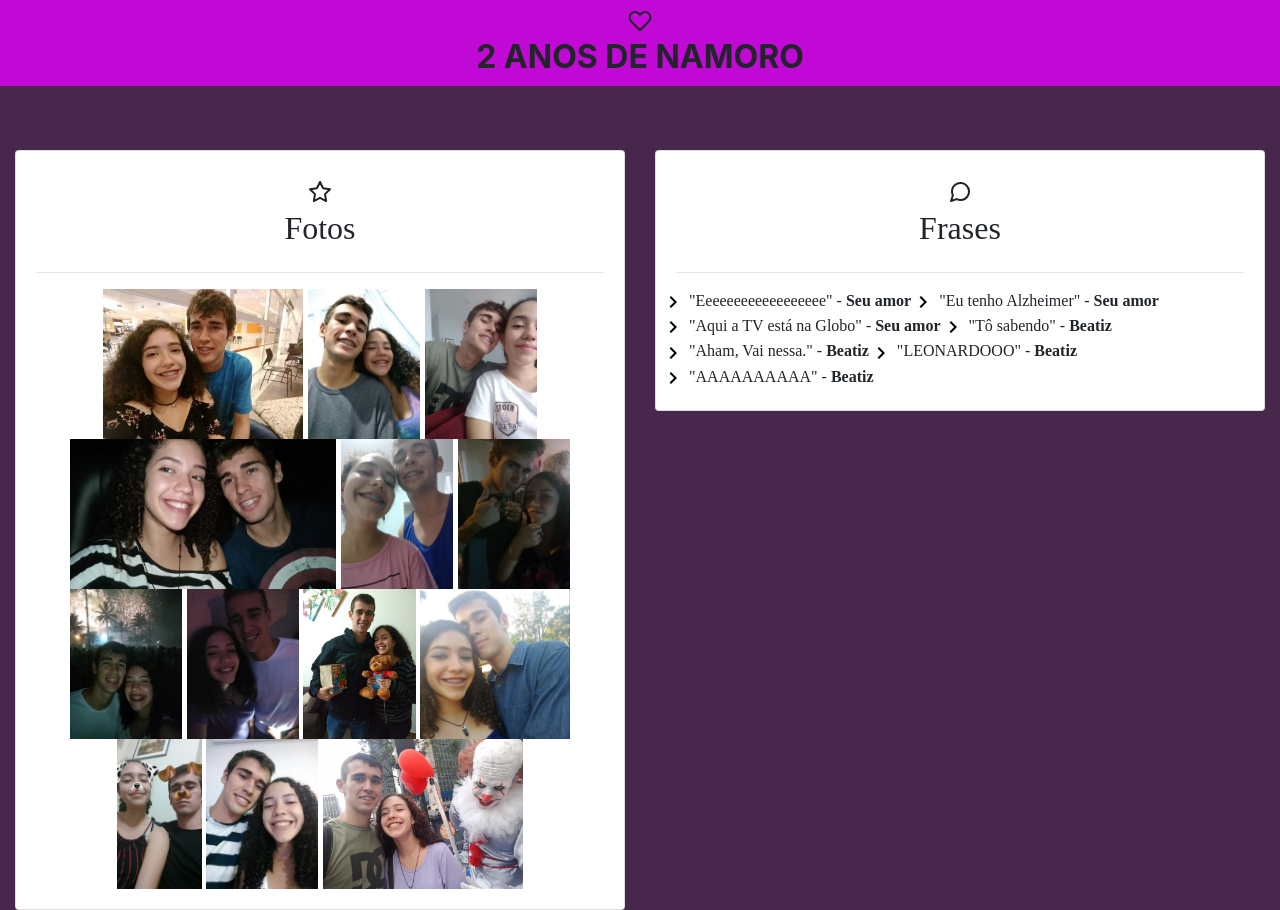
Repository: MeuAmor/meuamor.github.io
Page: index.html
The author's editor kept a copy of each file at every save. The page is drawn from the files as they stood at one save, then again after the next save.
The browser window is 1280 px wide. The pictures show the whole page.

Above is the page before, as saved 2019-08-20 23:28:47.

After the next save:
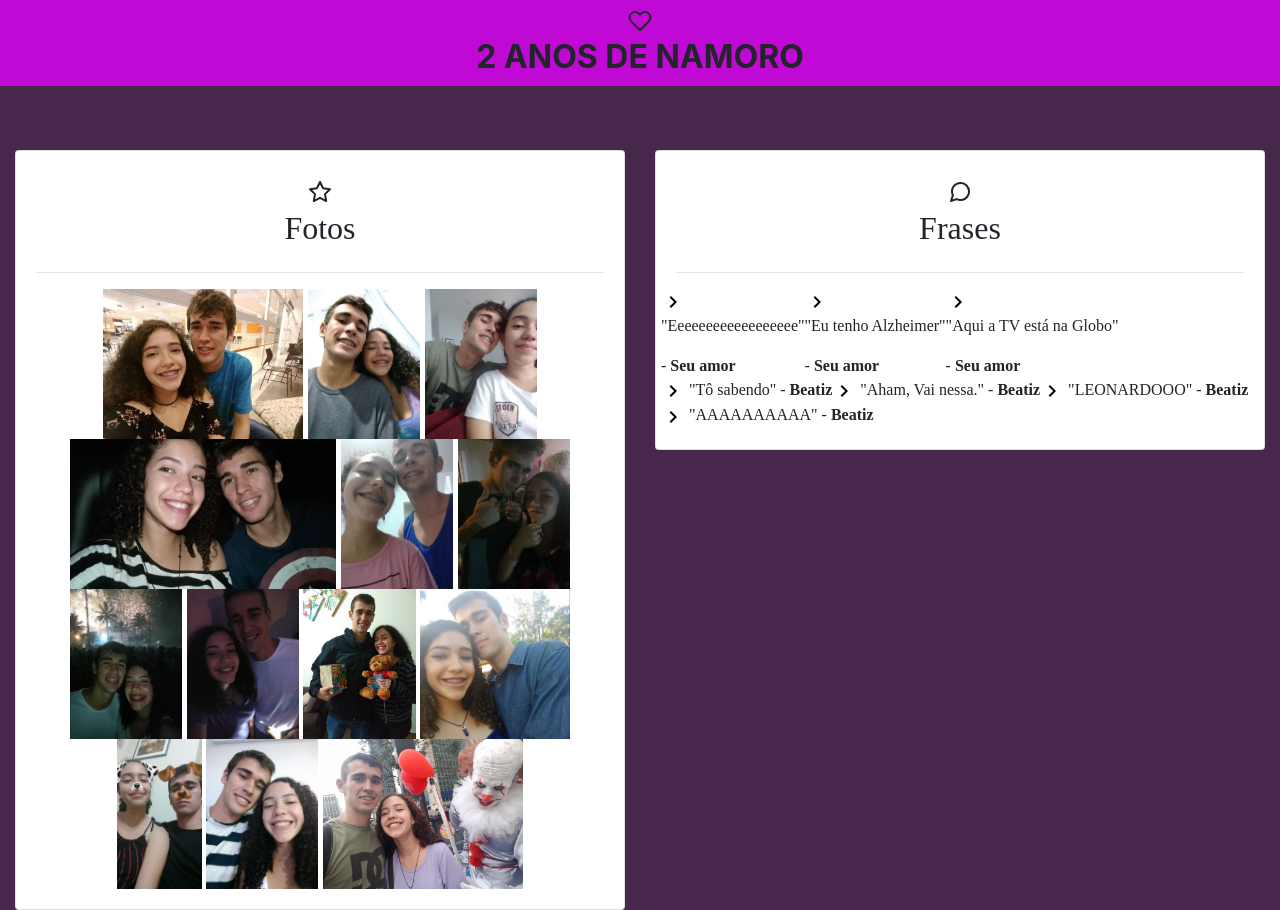
Saved 70 s later.
--- a/index.html
+++ b/index.html
@@ -126,21 +126,21 @@
                             <path d="M8.59 16.59L13.17 12 8.59 7.41 10 6l6 6-6 6-1.41-1.41z"/>
                             <path fill="none" d="M0 0h24v24H0V0z"/>
                         </svg>
-                        "Eeeeeeeeeeeeeeeeee" - <b> Seu amor</b>
+                        <p>"Eeeeeeeeeeeeeeeeee"</p> - <b> Seu amor</b>
                     </div>
                     <div>
                         <svg xmlns="http://www.w3.org/2000/svg" width="24" height="24" viewBox="0 0 24 24">
                             <path d="M8.59 16.59L13.17 12 8.59 7.41 10 6l6 6-6 6-1.41-1.41z"/>
                             <path fill="none" d="M0 0h24v24H0V0z"/>
                         </svg>
-                        "Eu tenho Alzheimer" - <b> Seu amor</b>
+                        <p>"Eu tenho Alzheimer"</p> - <b> Seu amor</b>
                     </div>
                     <div>
                         <svg xmlns="http://www.w3.org/2000/svg" width="24" height="24" viewBox="0 0 24 24">
                             <path d="M8.59 16.59L13.17 12 8.59 7.41 10 6l6 6-6 6-1.41-1.41z"/>
                             <path fill="none" d="M0 0h24v24H0V0z"/>
                         </svg>
-                        "Aqui a TV está na Globo" - <b> Seu amor</b>
+                        <p>"Aqui a TV está na Globo"</p> - <b> Seu amor</b>
                     </div>
                     <div>
                         <svg xmlns="http://www.w3.org/2000/svg" width="24" height="24" viewBox="0 0 24 24">

After the save that followed:
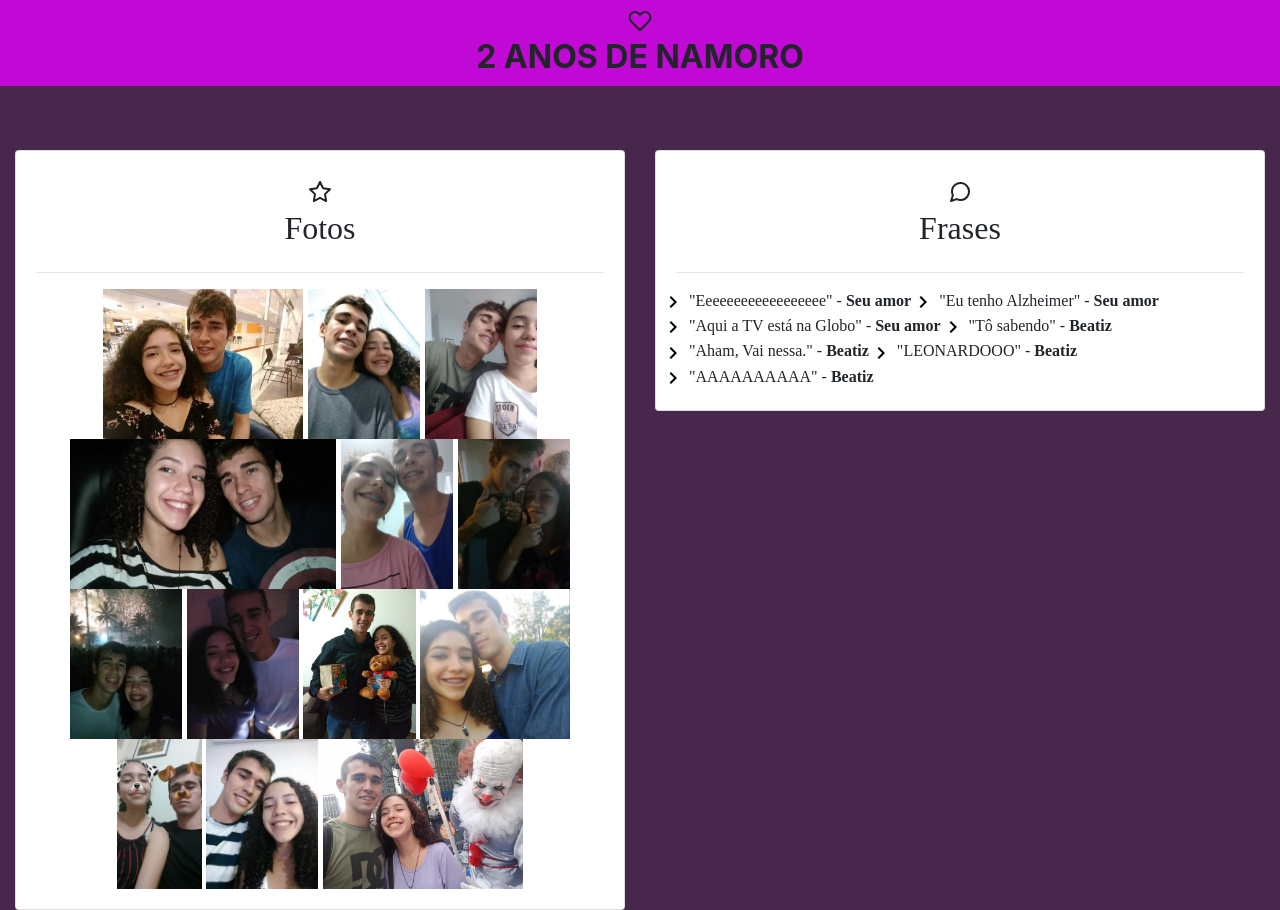
Saved 19 s later.
--- a/index.html
+++ b/index.html
@@ -126,21 +126,21 @@
                             <path d="M8.59 16.59L13.17 12 8.59 7.41 10 6l6 6-6 6-1.41-1.41z"/>
                             <path fill="none" d="M0 0h24v24H0V0z"/>
                         </svg>
-                        <p>"Eeeeeeeeeeeeeeeeee"</p> - <b> Seu amor</b>
+                        "Eeeeeeeeeeeeeeeeee" - <b> Seu amor</b>
                     </div>
                     <div>
                         <svg xmlns="http://www.w3.org/2000/svg" width="24" height="24" viewBox="0 0 24 24">
                             <path d="M8.59 16.59L13.17 12 8.59 7.41 10 6l6 6-6 6-1.41-1.41z"/>
                             <path fill="none" d="M0 0h24v24H0V0z"/>
                         </svg>
-                        <p>"Eu tenho Alzheimer"</p> - <b> Seu amor</b>
+                        "Eu tenho Alzheimer" - <b> Seu amor</b>
                     </div>
                     <div>
                         <svg xmlns="http://www.w3.org/2000/svg" width="24" height="24" viewBox="0 0 24 24">
                             <path d="M8.59 16.59L13.17 12 8.59 7.41 10 6l6 6-6 6-1.41-1.41z"/>
                             <path fill="none" d="M0 0h24v24H0V0z"/>
                         </svg>
-                        <p>"Aqui a TV está na Globo"</p> - <b> Seu amor</b>
+                        "Aqui a TV está na Globo" - <b> Seu amor</b>
                     </div>
                     <div>
                         <svg xmlns="http://www.w3.org/2000/svg" width="24" height="24" viewBox="0 0 24 24">
